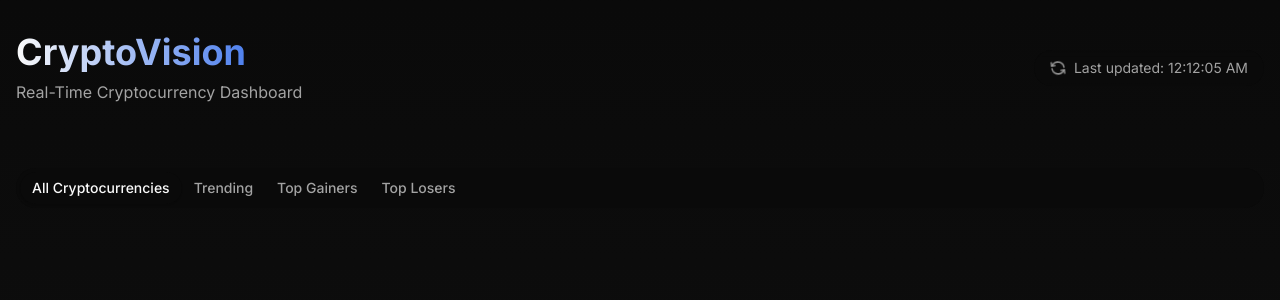
Repository: AlexMercer00/CryptoVision
Page: /
The author's editor kept a copy of each file at every save. The page is drawn from the files as they stood at one save, then again after the next save.
The browser window is 1280 px wide. The pictures show the whole page.
The page's requests for data from a server got no answer. The project was rebuilt for these pictures with package versions that can differ from the ones it lists, and the page was loaded fresh each time. The framework's server and built-in components were replaced by stand-ins that run in the browser. No one was signed in, and anything a server would have sent is missing. Also part of the build but not shown: next.config.js, components/ui/card.tsx, lib/formatters.ts, components/crypto/featured-card.tsx, components/crypto/crypto-list-item.tsx.

Above is the page before, as saved 2024-11-05 06:44:18.

After the next save:
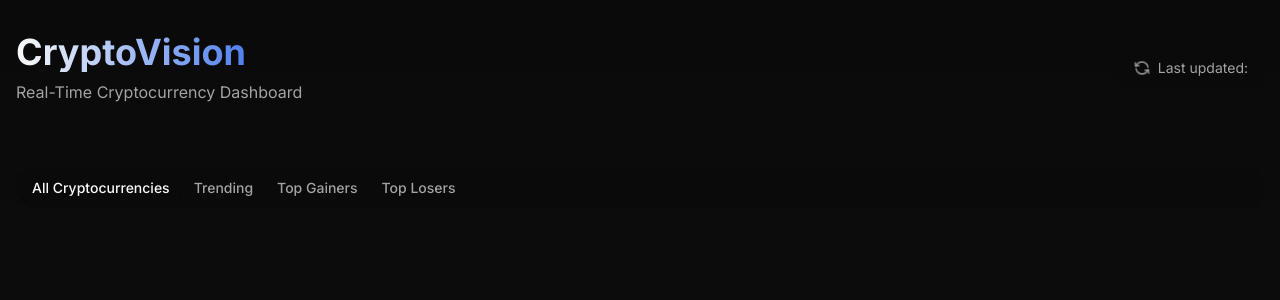
Saved 2 min 15 s later.
--- a/app/page.tsx
+++ b/app/page.tsx
@@ -11,7 +11,7 @@ import { motion } from "framer-motion";
 export default function Home() {
   const [cryptoData, setCryptoData] = useState<CryptoData[]>([]);
   const [loading, setLoading] = useState(true);
-  const [lastUpdated, setLastUpdated] = useState<Date>(new Date());
+  const [lastUpdated, setLastUpdated] = useState<string>("");
 
   const fetchCryptoData = async () => {
     try {
@@ -20,7 +20,7 @@ export default function Home() {
       );
       const data = await response.json();
       setCryptoData(data);
-      setLastUpdated(new Date());
+      setLastUpdated(new Date().toLocaleTimeString('en-US', { hour12: false, hour: '2-digit', minute: '2-digit', second: '2-digit' }));
       setLoading(false);
     } catch (error) {
       console.error("Error fetching crypto data:", error);
@@ -53,7 +53,7 @@ export default function Home() {
           </div>
           <div className="flex items-center gap-2 text-sm text-muted-foreground bg-background/50 backdrop-blur-sm rounded-full px-4 py-2">
             <RefreshCcw className="h-4 w-4 animate-spin" />
-            Last updated: {lastUpdated.toLocaleTimeString()}
+            Last updated: {lastUpdated}
           </div>
         </motion.div>
 
